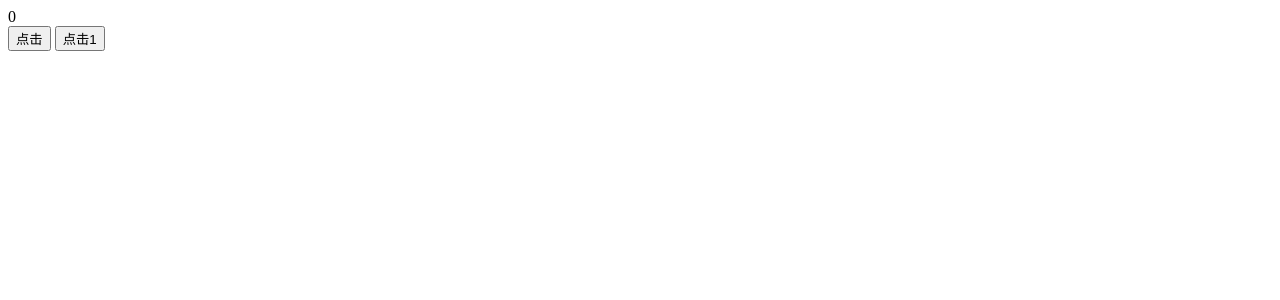
Repository: wweewweehouzi/Eonkey
Page: 2020.04.01/index.html
These files come from the project's save history. The page is drawn as it stood at one moment and after the next save; the edit follows.
The browser window is 1280 px wide. The pictures show the whole page.

Above is the page before, as saved 2020-04-01 17:17:36.

After the next save:
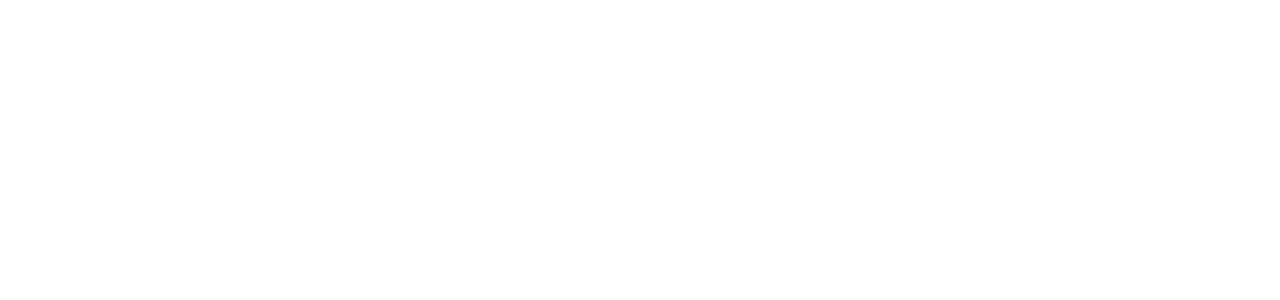
Saved 82 s later.
--- a/2020.04.01/index.html
+++ b/2020.04.01/index.html
@@ -14,7 +14,7 @@
         <div>{{num}}</div>
         <div>
             <button v-on:click='num++'>点击</button>
-            <button @click='fn(3)'>点击1</button>
+            <button @click='fn(,3)'>点击1</button>
         </div>
     </div>
 

After the save that followed:
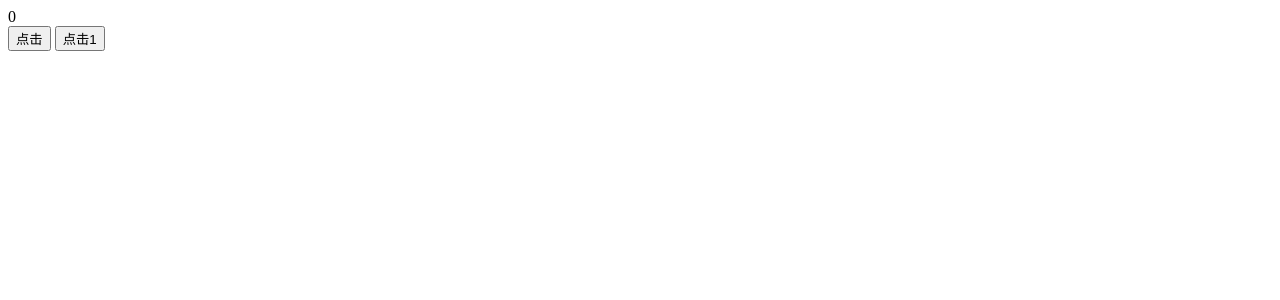
Saved 8 s later.
--- a/2020.04.01/index.html
+++ b/2020.04.01/index.html
@@ -14,7 +14,7 @@
         <div>{{num}}</div>
         <div>
             <button v-on:click='num++'>点击</button>
-            <button @click='fn(,3)'>点击1</button>
+            <button @click='fn(3)'>点击1</button>
         </div>
     </div>
 
